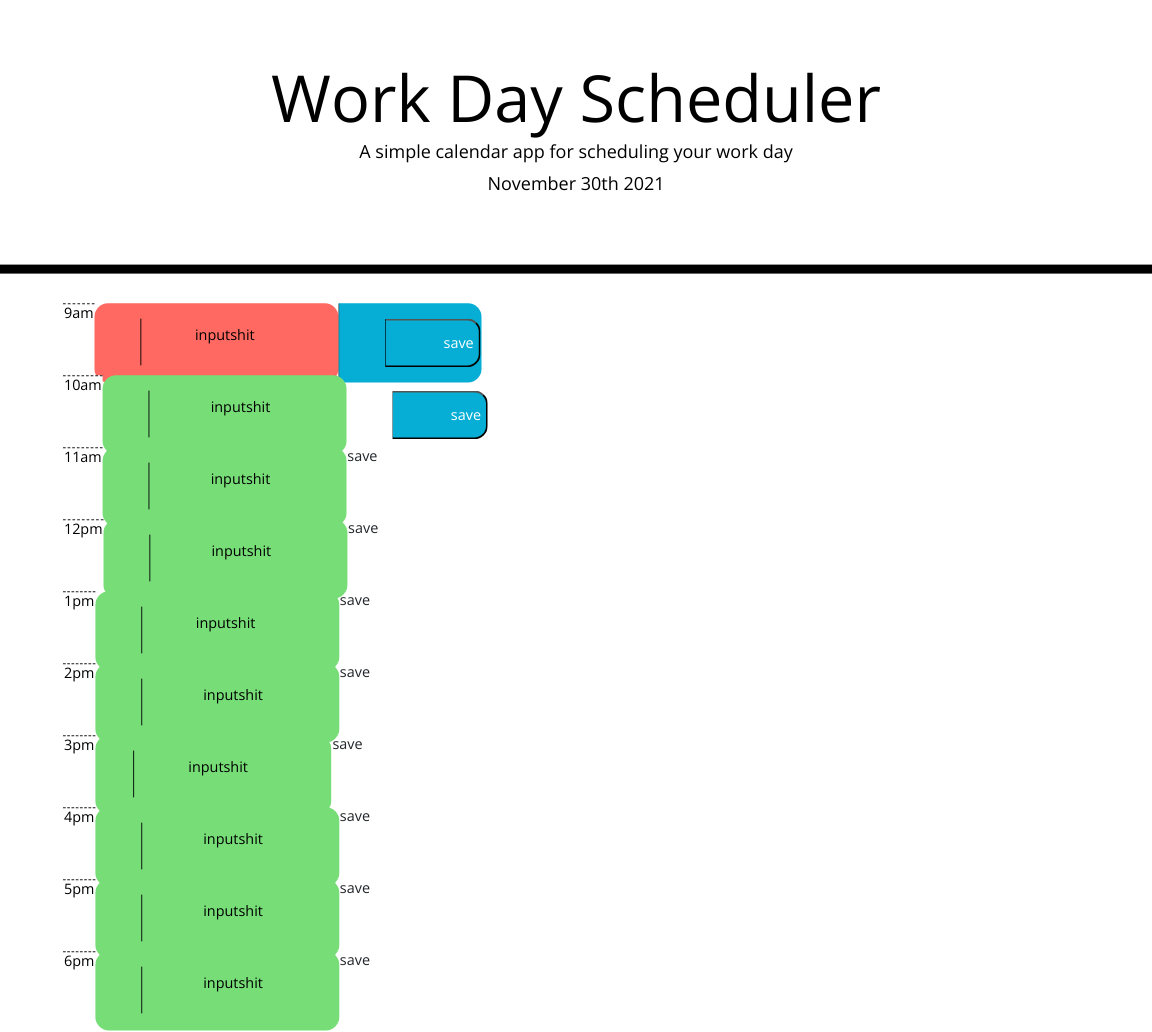
Repository: Naomilounsbury/work-day-scheduler
Page: index.html
The author's editor kept a copy of each file at every save. The page is drawn from the files as they stood at one save, then again after the next save.
The browser window is 1280 px wide. The pictures show the whole page, at 90% of full size.
Some web libraries are served in a nearby version.

Above is the page before, as saved 2021-12-01 20:44:41.

After the next save:
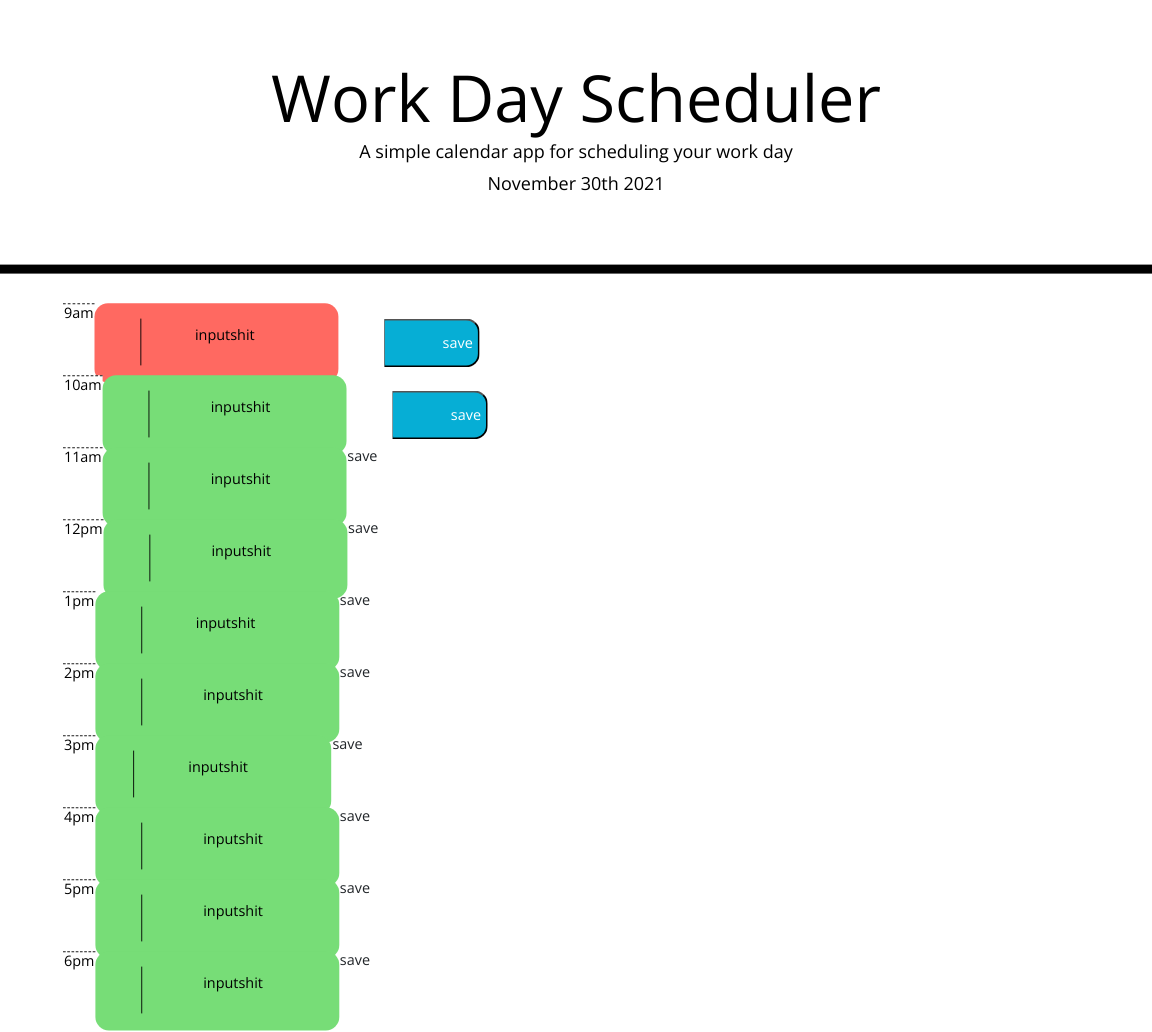
Saved 73 s later.
--- a/index.html
+++ b/index.html
@@ -39,7 +39,7 @@
           </textarea>
           </td>
 
-          <td class="saveBtn">
+          <td>
             <button class = "saveBtn" value="9">
               save
             </button>
